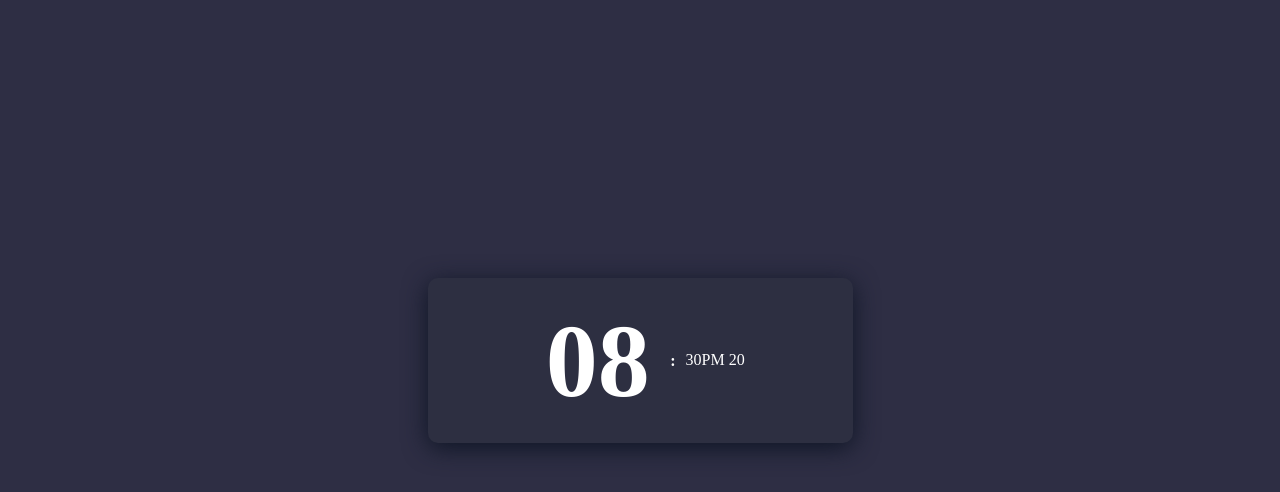
Repository: QUANGTHAI2003/digital-clock
Page: index.html
These files come from the project's save history. The page is drawn as it stood at one moment and after the next save; the edit follows.
The browser window is 1280 px wide. The pictures show the whole page.

Above is the page before, as saved 2022-03-26 19:51:27.

After the next save:
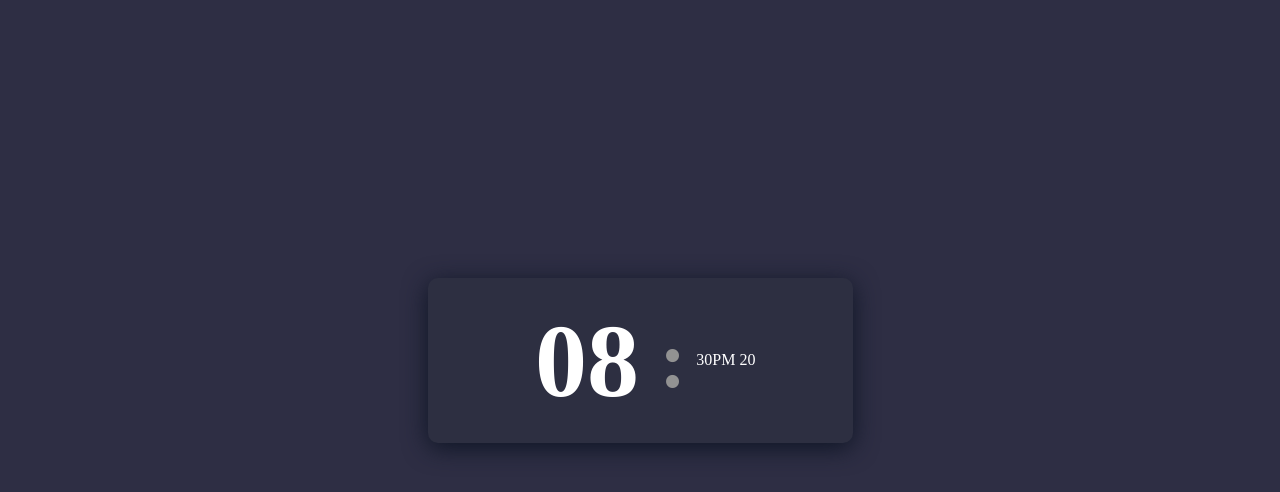
Saved 23 s later.
--- a/style.css
+++ b/style.css
@@ -51,3 +51,8 @@ body {
     font-size: 6.5em;
     width: 125px;
 }
+
+.dots {
+    font-size: 5em;
+    color: #929292;
+}
